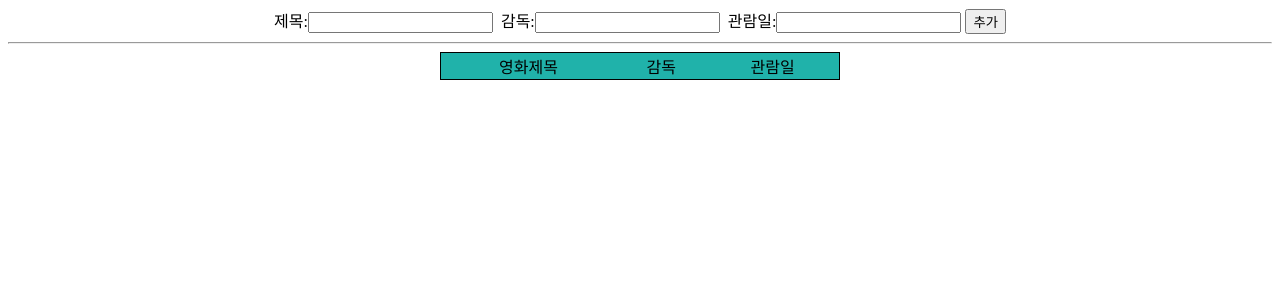
Repository: LeeHyeSu/JSP
Page: http://localhost/Practice33/Movie.jsp
The author's editor kept a copy of each file at every save. The page is drawn from the files as they stood at one save, then again after the next save.
The browser window is 1280 px wide. The pictures show the whole page.
The page is served by Tomcat 9.

Above is the page before, as saved 2017-11-25 06:33:44.

### Practice33/WebContent/Movie.jsp
<%@ page language="java" contentType="text/html; charset=EUC-KR"
    pageEncoding="EUC-KR" import="jspbook.ch07.pr03.*" %>
<% request.setCharacterEncoding("UTF-8"); %>

<jsp:useBean id="newMovie" class="jspbook.ch07.pr03.Movie" />
<jsp:setProperty name="newMovie" property="*" />
<jsp:useBean id="movies" class="jspbook.ch07.pr03.MovieManager" scope="application" />
<%
	if(newMovie.getTitle() != null && newMovie.getDirector() != null &&
		newMovie.getDate() != null) {
		movies.add(newMovie);
	}
%>
<!DOCTYPE html PUBLIC "-//W3C//DTD HTML 4.01 Transitional//EN" "http://www.w3.org/TR/html4/loose.dtd">
<html>
<head>
<meta http-equiv="Content-Type" content="text/html; charset=EUC-KR">
<title>Movie</title>
</head>
<body>
<center>
<form name="form" method="POST" action="movie.jsp">
제목:<input type="text" name="title">&nbsp;
감독:<input type="text" name="director">&nbsp;
관람일:<input type="text" name="date">
<input type="submit" value="추가">
</form>

<hr>
<table style="border:1px solid #000000" width="400" cellspacing="0">
	<tr align="center" bgcolor="#20B2AA">
	<td>영화제목</td><td>감독</td><td>관람일</td>
	</tr>
	<%
		for(Movie m : movies.getMovieList()) {
			m.toString();
		}
	%>
</table>
</center>
</body>
</html>

### Practice33/src/jspbook/ch07/pr03/Movie.java
package jspbook.ch07.pr03;

public class Movie {
	private String title;
	private String director;
	private String date;

	public String getTitle() {
		return title;
	}

	public void setTitle(String title) {
		this.title = title;
	}

	public String getDirector() {
		return director;
	}

	public void setDirector(String director) {
		this.director = director;
	}

	public String getDate() {
		return date;
	}

	public void setDate(String date) {
		this.date = date;
	}

	public String toString() {
		String str = "";

		str += "<tr align=center><td>" + title + "</td>";
		str += "<td>" + director + "</td>";
		str += "<td>" + date + "</td></tr>";

		return str;
	}
}

### Practice33/src/jspbook/ch07/pr03/MovieManager.java
package jspbook.ch07.pr03;

import java.util.ArrayList;
import java.util.List;

public class MovieManager {
	ArrayList<Movie> movieList = new ArrayList<Movie>();

	public List<Movie> getMovieList() {
		return movieList;
	}

	public void add(Movie m) {
		movieList.add(m);
	}
}

After the next save:
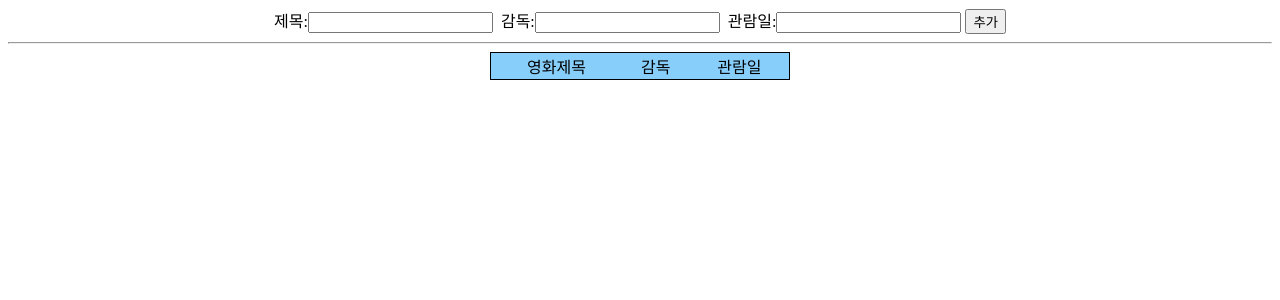
Saved 2 min 32 s later.
--- a/Practice33/WebContent/Movie.jsp
+++ b/Practice33/WebContent/Movie.jsp
@@ -27,8 +27,8 @@
 </form>
 
 <hr>
-<table style="border:1px solid #000000" width="400" cellspacing="0">
-	<tr align="center" bgcolor="#20B2AA">
+<table style="border:1px solid #000000" width="300" cellspacing="0">
+	<tr style="border:1px solid #000000" align="center" bgcolor="#87CEFA">
 	<td>영화제목</td><td>감독</td><td>관람일</td>
 	</tr>
 	<%
